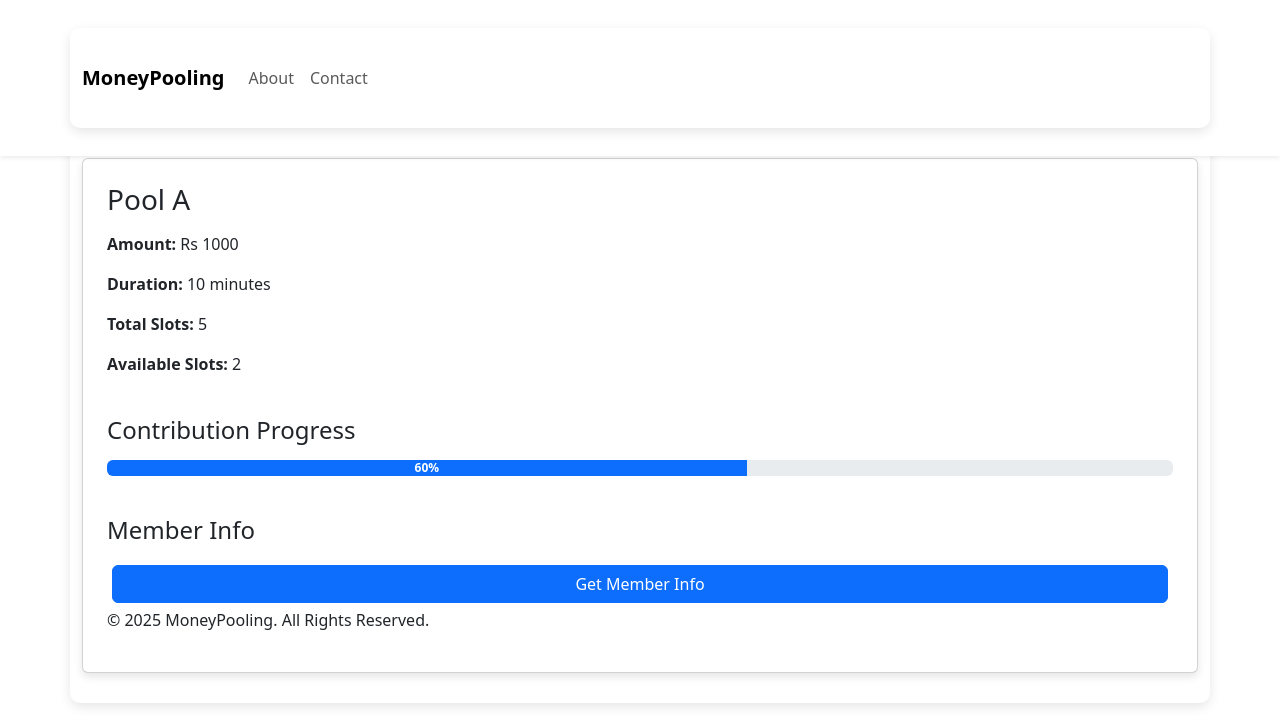
Repository: xxgautm420/MoneyPool
Page: http://localhost/progress
These files come from the project's save history. The page is drawn as it stood at one moment and after a run of saves; the edit follows.
The browser window is 1280 px wide. The pictures show the whole page.
The page is served by the project's application, run on Flask 3 (app.py). Other server files are loaded and not shown.

Above is the page before, as saved 2025-03-01 21:15:46.

### templates/progress.html
<!DOCTYPE html>
<html lang="en">
<head>
    <meta charset="UTF-8">
    <meta name="viewport" content="width=device-width, initial-scale=1.0">
    <title>Money Pooling</title>

    <!-- External Stylesheets -->
    <link rel="stylesheet" href="{{ url_for('static', filename='Css/progress.css') }}">
    <link href="https://cdn.jsdelivr.net/npm/bootstrap@5.3.0-alpha1/dist/css/bootstrap.min.css" rel="stylesheet">
</head>
<body>

    <!-- Navbar -->
    <nav class="navbar navbar-expand-lg navbar-light bg-white fixed-top shadow-sm">
        <div class="container">
            <a class="navbar-brand fw-bold" href="#">MoneyPooling</a>
            <div class="collapse navbar-collapse">
                <ul class="navbar-nav me-auto mb-2 mb-lg-0">
                    <li class="nav-item">
                        <a class="nav-link" href="#">About</a>
                    </li>
                    <li class="nav-item">
                        <a class="nav-link" href="#">Contact</a>
                    </li>
                </ul>
            </div>
        </div>
    </nav>

    <!-- Main Content -->
    <!-- Pool Details Section -->
    <div class="container mt-5 pt-5">
        <h2 class="text-center mb-4">Pool Details</h2>
        <div class="card p-4">
            <h3 id="poolName">Pool A</h3>
            <p><strong>Amount:</strong> Rs <span id="poolAmount">1000</span></p>
            <p><strong>Duration:</strong> 10 minutes</p>
            <p><strong>Total Slots:</strong> 5</p>
            <p><strong>Available Slots:</strong> <span id="availableSlots">2</span></p>

            <!-- Contribution Progress -->
            <h4 class="mt-4">Contribution Progress</h4>
            <div class="progress mb-3">
                <div id="progressBar" class="progress-bar" role="progressbar" style="width: 60%">60%</div>
            </div>

            <!-- Member Info Section -->
            <h4 class="mt-4">Member Info</h4>
            <button id="memberInfoButton" class="btn btn-primary" onclick="fetchUsername(1)">Get Member Info</button>
            <div id="usernamePlaceholder" class="username></div> <!-- Placeholder for username -->

        </div>
    </div>

    <!-- Footer -->
    <footer class="footer">
        <p>&copy; 2025 MoneyPooling. All Rights Reserved.</p>
    </footer>

    <!-- External JavaScript -->
    <script src="{{ url_for('static', filename='Script/progress.js') }}"></script>
</body>
</html>

### app.py
from flask import Flask, render_template , jsonify
from user import User, db
from config import Config
from auth import auth_bp

app = Flask(__name__)
app.config.from_object(Config)
db.init_app(app)

app.register_blueprint(auth_bp)

@app.route('/')
def home():
    return render_template('index.html')

@app.route('/progress')
def progress():
    return render_template('progress.html')

@app.route('/api/users/top5', methods=['GET'])
def get_top5_users():
    users = User.query.limit(5).all()
    return jsonify([user.username for user in users])

if __name__ == '__main__':
    app.run(debug=True)

### static/Css/progress.css
General Page Styling
body {
    font-family: Arial, sans-serif;
    text-align: center;
    margin: 0;
    background-color: white;
    padding-top: 70px; /* Space for fixed navbar */
    display: flex;
    flex-direction: column;
    min-height: 100vh; /* Ensure the body takes at least the full height of the viewport */
}

/* Navbar */
.navbar {
    box-shadow: 0px 2px 5px rgba(0, 0, 0, 0.1);
}

/* Main Container */
/* Pool Details Section */
.container {
    width: 80%;
    max-width: 600px;
    margin: 20px auto;
    padding: 30px;
    background-color: #fff;
    border-radius: 10px;
    box-shadow: 0 4px 12px rgba(0, 0, 0, 0.1);
    flex: 1; /* Allow the container to grow and take available space */
    overflow-y: auto; /* Enable vertical scrolling if content exceeds height */
}

.card {
    padding: 20px;
    border: 1px solid #dee2e6;
    border-radius: 10px;
    background-color: #ffffff;
    box-shadow: 0 4px 8px rgba(0, 0, 0, 0.1);
}

.card h3, .card h4 {
    margin-bottom: 15px;
}

.progress {
    height: 25px;
}

.progress-bar {
    background-color: #28a745; /* Green background for progress bar */
    color: white;
    font-weight: bold;
    line-height: 25px; /* Vertically center the text within the progress bar */
}

.list-group-item {
    padding: 10px;
    border: 1px solid #dee2e6;
    margin-bottom: 5px;
}

.btn {
    margin: 5px;
    padding: 10px 20px;
    font-size: 16px;
    border-radius: 5px;
    border: none;
}

.btn-success {
    background-color: #28a745;
    color: white;
}

.btn-success:hover {
    background-color: #218838;
}

.mt-4 {
    margin-top: 1.5rem;
}

.mt-5 {
    margin-top: 3rem;
}

.mb-3 {
    margin-bottom: 1rem;
}

.mb-4 {
    margin-bottom: 1.5rem;
}

.text-center {
    text-align: center;
}

/* Footer */
footer {
    width: 100%;
    background-color: white;
    text-align: center;
    padding: 10px;
    font-size: 14px;
    border-top: 1px solid #dee2e6;
    position: fixed; /* Fixed position to stick to the bottom */
    bottom: 0; /* Align to the bottom of the viewport */
    left: 0; /* Ensure it spans the entire width */
    z-index: 1000; /* Ensure it's on top of other elements */
}

.username-placeholder {
    padding: 10px;
    border: 1px solid #ccc;
    border-radius: 5px;
    background-color: #f9f9f9;
    max-width: 400px;
    margin: 10px 0;
}

.username-item {
    padding: 5px;
    border-bottom: 1px solid #ddd;
    font-family: Arial, sans-serif;
    font-size: 14px;
}

.username-item:last-child {
    border-bottom: none;
}

### static/Script/progress.js
document.addEventListener("DOMContentLoaded", () => {
    const memberInfoButton = document.getElementById("memberInfoButton");
    const usernamePlaceholder = document.getElementById("usernamePlaceholder");

    memberInfoButton.addEventListener("click", () => {
        fetch('/api/users/top5')
            .then(response => response.json())
            .then(data => {
                if (data.length > 0) {
                    usernamePlaceholder.innerHTML = data.map(user => `<li>${user}</li>`).join('');
                } else {
                    usernamePlaceholder.innerHTML = 'No users found';
                }
            })
            .catch(error => {
                console.error('Error fetching user data:', error);
                usernamePlaceholder.innerHTML = 'An error occurred';
            });
    });
});

After the next 3 saves:
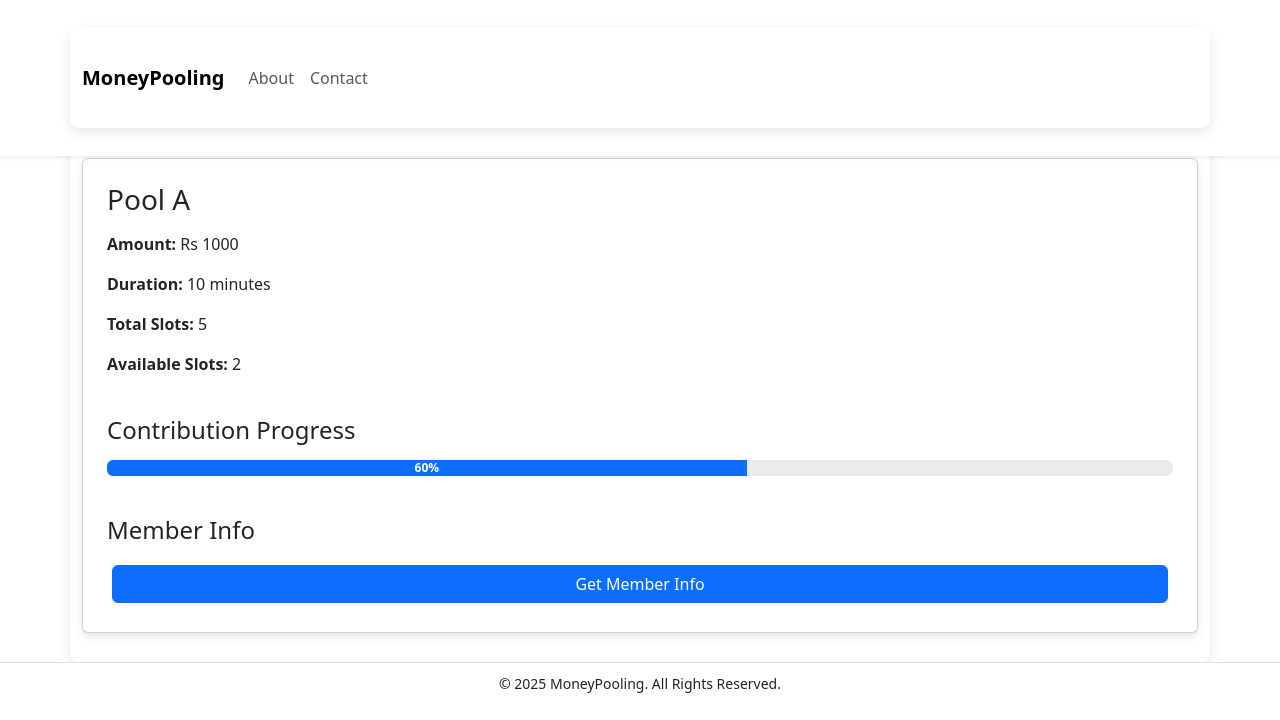
The 3 saves are shown as one change because they came seconds apart.
The last was saved 8 s later.
--- a/templates/progress.html
+++ b/templates/progress.html
@@ -48,7 +48,7 @@
             <!-- Member Info Section -->
             <h4 class="mt-4">Member Info</h4>
             <button id="memberInfoButton" class="btn btn-primary" onclick="fetchUsername(1)">Get Member Info</button>
-            <div id="usernamePlaceholder" class="username></div> <!-- Placeholder for username -->
+            <div id="usernamePlaceholder" class="username-mt-2"></div> <!-- Placeholder for username -->
 
         </div>
     </div>
